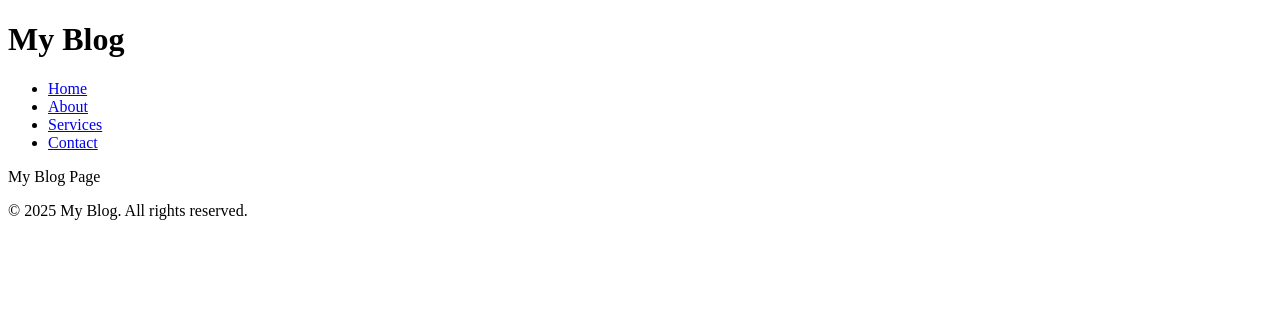
Repository: SainediAmbika/RecallingAll
Page: Angular Recalling/Blog Page/index.html
These files come from the project's save history. The page is drawn as it stood at one moment and after the next save; the edit follows.
The browser window is 1280 px wide. The pictures show the whole page.

Above is the page before, as saved 2025-05-19 11:11:36.

After the next save:
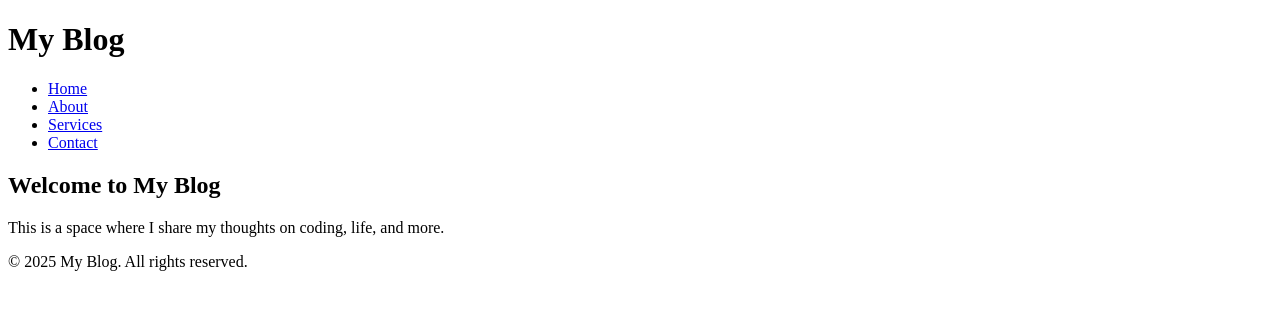
Saved 114 s later.
--- a/Angular Recalling/Blog Page/index.html
+++ b/Angular Recalling/Blog Page/index.html
@@ -19,7 +19,10 @@
             </ul>
         </nav>
     </header>
-    <main> My Blog Page</main>
+    <main>
+        <h2>Welcome to My Blog</h2>
+        <section> This is a space where I share my thoughts on coding, life, and more.</section>
+    </main>
     <article>
 
     <footer>
